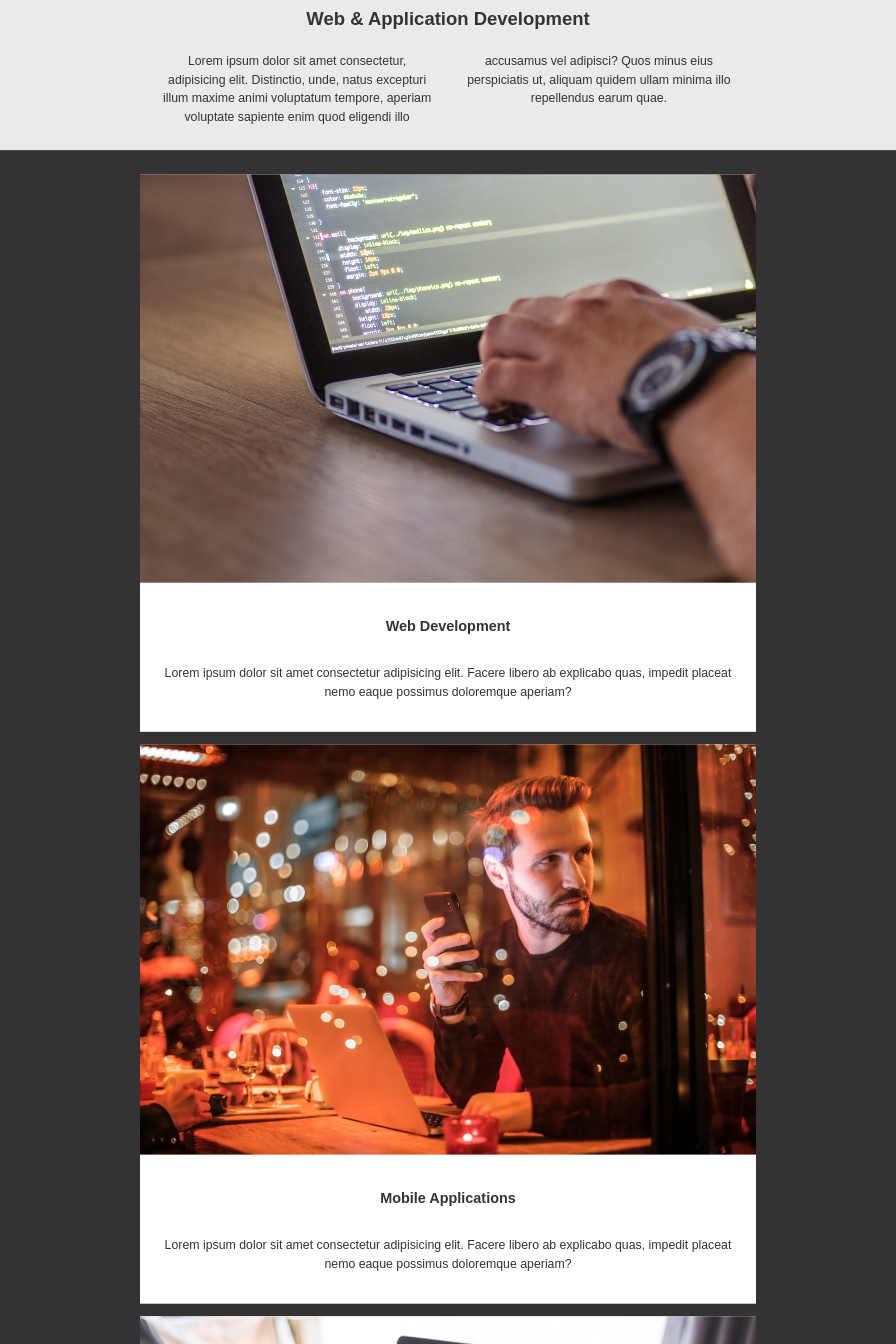
Repository: ErikBaer/MobileFirst
Page: index.html
The author's editor kept a copy of each file at every save. The page is drawn from the files as they stood at one save, then again after the next save.
The browser window is 1280 px wide. The pictures show the part of the page from y = 468 to 2388 px (the page is 3905 px tall before and 1981 px after), at 70% of full size.

Above is the page before, as saved 2020-02-15 04:13:27.

### index.html
<!DOCTYPE html>
<html lang="en">
<head>
    <meta charset="UTF-8">
    <meta name="viewport" content="width=device-width, initial-scale=1.0">
    <link rel="stylesheet" type="text/css" href="style.css">
    <title>Acme Web Solutions</title>
</head>
<body>

<!--Header Showcase -->

   <header id="showcase" class="grid">
    <div class="bg-image"></div>
    <div class="content-wrap">
    <h1>Welcome to Acme Web Solutions</h1>
    <p>Lorem ipsum, dolor sit amet consectetur adipisicing elit.
         Consequuntur voluptas sed, rerum voluptatibus facilis
         earum consectetur repellendus? Natus, consequuntur cum!
        </p>
    <a href="#section-b" class="btn">Read More</a>
    </div>
</header>

<!-- Main Area -->

<main id="main">

    <!-- Section A -->

    <section id="section-a" class="grid">
        <div class="content-wrap">
            <h2 class="content-title">Web & Application Development</h2>
            <div class="content-text">
                <p>Lorem ipsum dolor sit amet consectetur, adipisicing elit.
                    Distinctio, unde, natus excepturi illum maxime animi
                    voluptatum tempore, aperiam voluptate sapiente enim quod
                    eligendi illo accusamus vel adipisci? Quos minus eius
                    perspiciatis ut, aliquam quidem ullam minima illo
                    repellendus earum quae.</p>
            </div>
        </div>
    </section>

    <!-- Section B -->

    <section id="section-b" class="grid">
        <ul>
            <li>
                <div class="card">
                    <img src="./Assets/Coding-Person.jpg" alt="">
                    <div class="card-content">
                        <h3 class="card-title">Web Development</h3>
                        <p>Lorem ipsum dolor sit amet consectetur
                            adipisicing elit. Facere libero ab explicabo
                            quas, impedit placeat nemo eaque possimus
                            doloremque aperiam?</p>
                    </div>
                </div>
            </li>
            <li>
                <div class="card">
                    <img src="./Assets/mobile-man.jpg" alt="">
                    <div class="card-content">
                        <h3 class="card-title">Mobile Applications</h3>
                        <p>Lorem ipsum dolor sit amet consectetur
                            adipisicing elit. Facere libero ab explicabo
                            quas, impedit placeat nemo eaque possimus
                            doloremque aperiam?</p>
                    </div>
                </div>
            </li>
            <li>
                <div class="card">
                    <img src="./Assets/charts.jpg" alt="">
                    <div class="card-content">
                        <h3 class="card-title">Tech Marketing</h3>
                        <p>Lorem ipsum dolor sit amet consectetur
                            adipisicing elit. Facere libero ab explicabo
                            quas, impedit placeat nemo eaque possimus
                            doloremque aperiam?</p>
                    </div>
                </div>
            </li>
        </ul>
    </section>

    <!-- Section C -->
    <section id="section-c" class="grid">
        <div class="content-wrap">
            <h2 class="content-title"> We handle all of your digital needs</h2>
            <p>Lorem, ipsum dolor sit amet consectetur adipisicing elit.
                Neque asperiores pariatur dolorem ipsum dicta recusandae
                 optio vel doloremque deserunt maiores?</p>
        </div>
    </section>

    <!-- Section D -->

    <section id="section-d" class="grid">
        <div class="box">
            <h2 class="content-title">Contact Us</h2>
            <p>Lorem ipsum dolor sit, amet consectetur adipisicing elit.
                 Alias, totam quas ipsam doloremque dignissimos doloribus
                 laudantium aut provident dolore. Maxime!</p>
            <p>contact@acmewebsolutions.test</p>
        </div>
        <div class="box">
            <h2 class="content-title">About Our Company</h2>
            <p>Lorem ipsum dolor, sit amet consectetur adipisicing elit.
                Delectus ut placeat, nulla inventore laboriosam quisquam!
                Porro, asperiores libero molestiae a facilis et, ex magni
                 nostrum rem delectus quia ut? Vitae.</p>
        </div>
    </section>
</main>

<!-- Footer -->

<footer id="main-footer" class="grid">
    <div>Acme Web Solutions</div>
    <div>Project by <a href="www.baerdata.de" target="blank">Erik Baer</a></div>
</footer>

</body>
</html>

### style.css
body {
    margin: 0;
    font-family: Arial, Helvetica, sans-serif;
    background-color: #333;
    color: white;
    font-size:1.1em;
    line-height: 1.5;
    text-align: center;
}

img {
    display:block;
    width:100%;
    height: auto;
}

h1, h2, h3 {
    margin:0;
    padding: 1em 0;
}

p {
    margin: 0;
    padding: 1em 0;
}

.btn {
    display: inline-block;
    background: 333;
    color: white;
    text-decoration: none;
    padding: 1em 2em;
    border: 1px solid #666;
    margin: .5em 0
}

.btn:hover {
  background: #eaeaea;
  color: #333;
}

/* Header Showcase */

#showcase {
    min-height: 450px;
    color: #fff;
    text-align: center;
}

#showcase .bg-image {
    position: absolute;
    background: #333 url(/Assets/code.jpg);
    background-position: center;
    background-repeat: no-repeat;
    background-size: cover;
    width: 100%;
    height: 450px;
    z-index: -1;
    opacity: 0.4;
}

#showcase h1 {
    padding-top: 100px;
    padding-bottom: 0;
}

#showcase .content-wrap,
#section-a .content-wrap {
    padding: 0 1.5em;
}


/* Section A */

#section-a {
    background: #eaeaea;
    color: #333;
    padding-bottom: 2em;
}


/* Section B */

#section-b {
    padding: 2em 1em 1em;
}

#section-b ul {
    list-style:none;
    margin:0;
    padding:0;
}

#section-b li {
    margin-bottom: 1em;
    background: #fff;
    color: #333;

}

.card-content {
    padding: 1.5em;
}

/* Section c */

#section-c {
    background: #fff;
    color: #333;
    padding: 2em;
}

/* Section D / Boxes */

#section-d .box {
    padding: 2em;
    color: #fff;
}

#section-d .box:first-child {
    background: #2690d4;
}

/* Footer */

#main-footer {
    padding: 3em;
    background: #000;
    color: white;
    text-align: center;
}

#main-footer a {
    color: #2690d4;
    text-decoration: none;
}

/* Media Queries */

@media(min-width: 700px) {
    .grid {
        display: grid;
        grid-template-columns: 1fr repeat(2, minmax(auto, 25em))1fr;
    }

    #section-a .content-text {
        columns: 2;
        column-gap: 2em;
    }

    #section-a .content-text p {
        padding-top: 0;
    }

    .content-wrap,
     #section-b ul {
         grid-column: 2/4;
     }

     .box, #main-footer div {
         grid-column: span 2;
     }



}

After the next save:
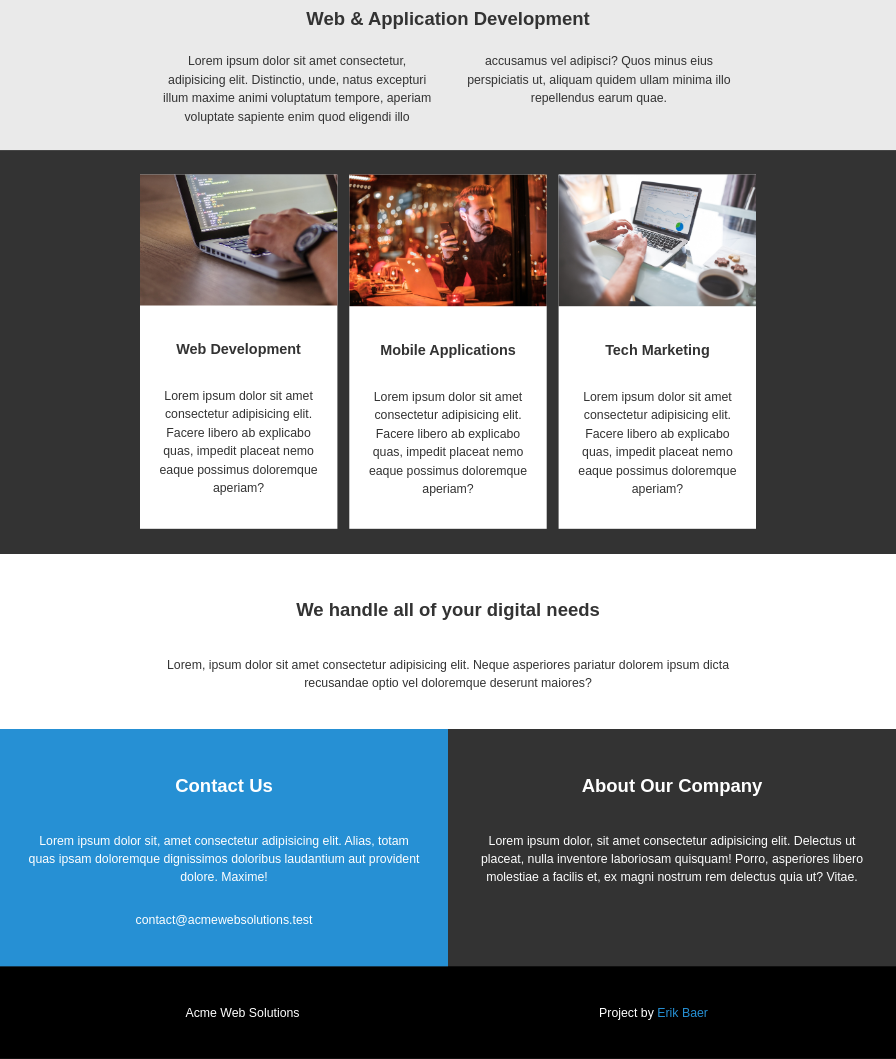
Saved 29 s later.
--- a/style.css
+++ b/style.css
@@ -161,6 +161,11 @@
          grid-column: span 2;
      }
 
+     #section-b ul {
+        display: grid;
+        grid-template-columns: repeat(3, 1fr);
+        grid-column-gap: 1em;
+      }
 
 
 }

After the save that followed:
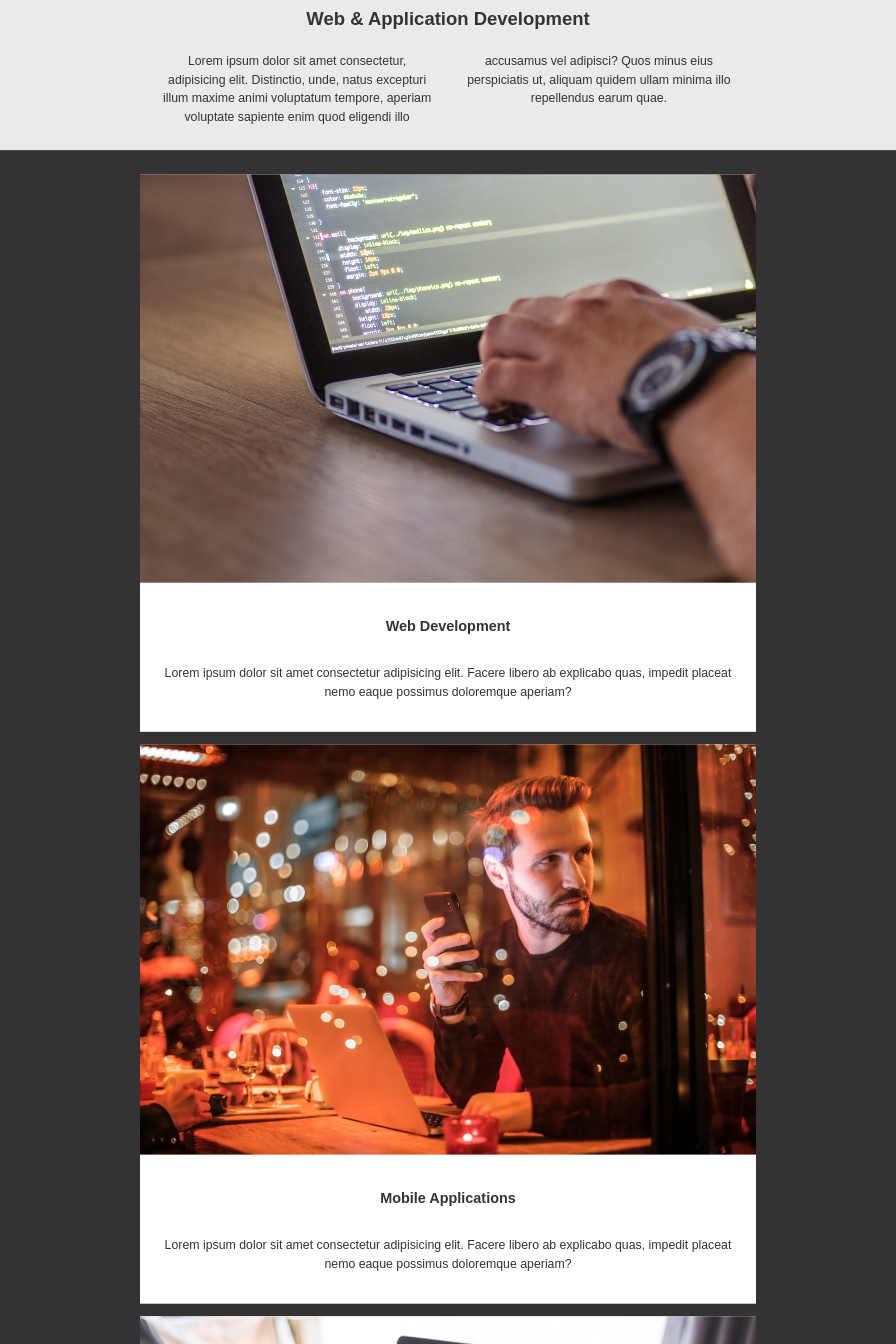
Saved 49 s later.
--- a/style.css
+++ b/style.css
@@ -163,7 +163,7 @@
 
      #section-b ul {
         display: grid;
-        grid-template-columns: repeat(3, 1fr);
+        grid-template-columns: 1 fr 2fr 1fr;
         grid-column-gap: 1em;
       }
 
